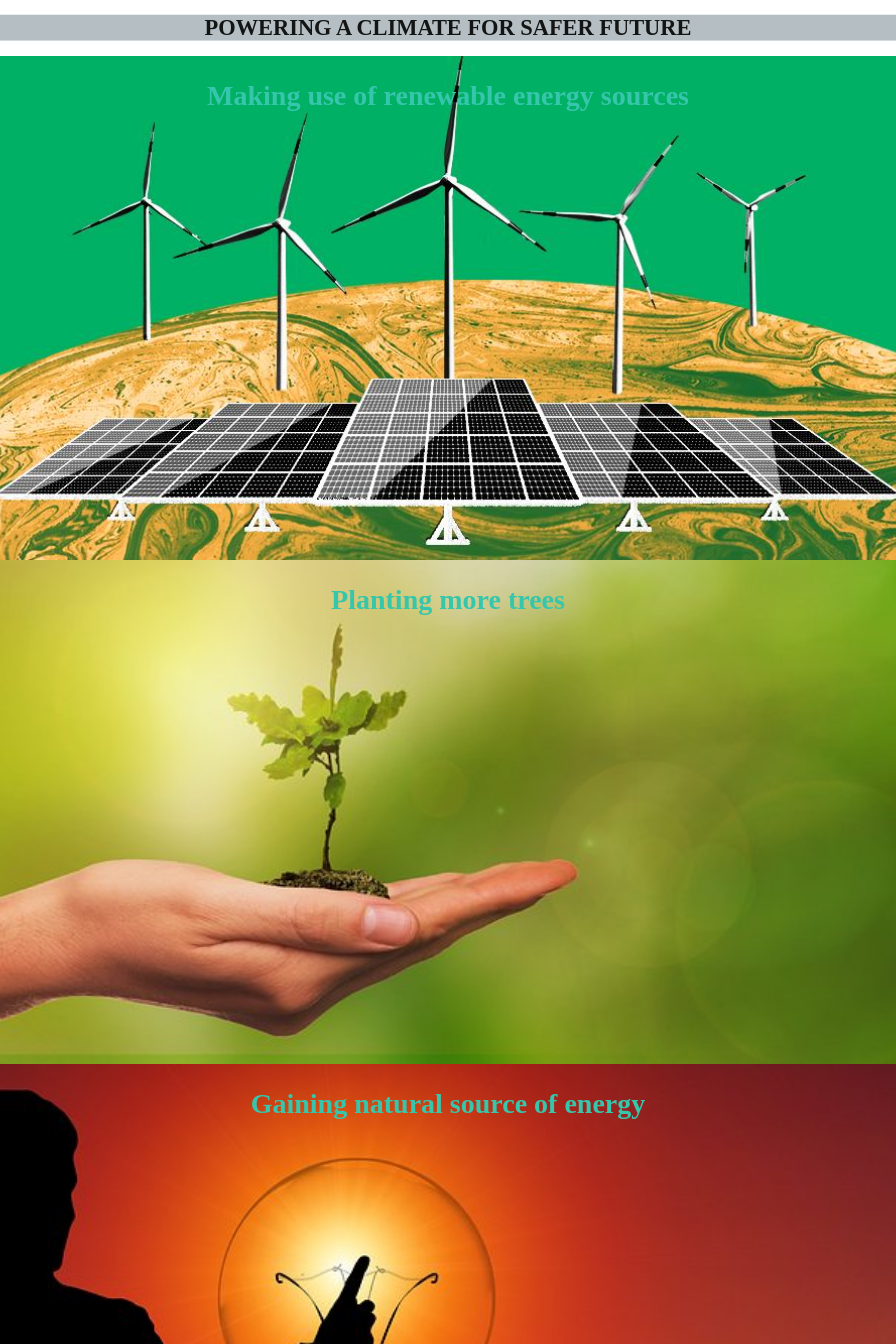
Repository: NavinDayanithi/static-web-design-competition
Page: index.html
The author's editor kept a copy of each file at every save. The page is drawn from the files as they stood at one save, then again after the next save.
The browser window is 1280 px wide. The pictures show the part of the page from y = 0 to 1920 px (the page is 4420 px tall), at 70% of full size.
Backgrounds fixed to the window are drawn as part of the page.

Above is the page before, as saved 2023-04-28 20:41:43.

### index.html
<!DOCTYPE html>
<html lang="en">
<head>
  <title>POWERING CLIMATE </title>
  <link rel="stylesheet" href="styles.css">
</head>
<body>
    <h1 >POWERING A CLIMATE FOR SAFER FUTURE</h1>
    <div class="box1">
        <h2>Making use of renewable energy sources</h2>
    </div>
    <div class="box2">
        <h2>Planting more trees</h2>
    </div>
    <div class="box3">
        <h2>Gaining natural source of energy</h2>
    </div>
    <div class="box4">
        <h2>Everyone is responsible</h2>
    </div>
    <div class="box5">
        <h2>Using Eco-friendly products</h2>
    </div>
    <div class="box6">
        <h2></h2>
    </div>
</body>
</html>

### styles.css

h1
{
    text-align:center;
    color:rgb(19, 20, 20);
    background-color: rgb(181, 191, 195);

}
h2{
    text-align: center;
    color: rgb(54, 198, 172);
    font-size:40px;
}

 body{
    margin: 0;
    padding: 0;
    /* background-color: blue; */
}
head{
    text-align: center;
}

.box1{
    height: 100vh;
    width:100%;
    background-image: url(img1.jpg);
    background-size: cover;
    background-position: center;
    display: table;
    background-attachment: fixed;
}

.box2{
    height: 100vh;
    width:100%;
    background-image: url(img2.jpg);
    background-size: cover;
    background-position: center;
    display: table;
    background-attachment: fixed;
}

.box3{
    height: 100vh;
    width:100%;
    background-image: url(img3.jpg);
    background-size:cover;
    display: table;
    background-attachment: fixed;

}


.box4{
    height: 100vh;
    width:100%;
    background-image: url(img4.jpg);
    background-size: cover;
    background-position: center;
    display: table;
    background-attachment: fixed;
}

.box5{
    height: 100vh;
    width:100%;
    background-image: url(img5.jpg);
    background-size: cover;
    /* background-position: center; */
    display: table;
    background-attachment: fixed;
}

.box6{
    height: 100vh;
    margin-top: 20px;
    width:100%;
    background-image: url(img6.jpg);
    background-size: cover;
   background-position: center;
    display: table;
    background-attachment: fixed;
}

After the next save:
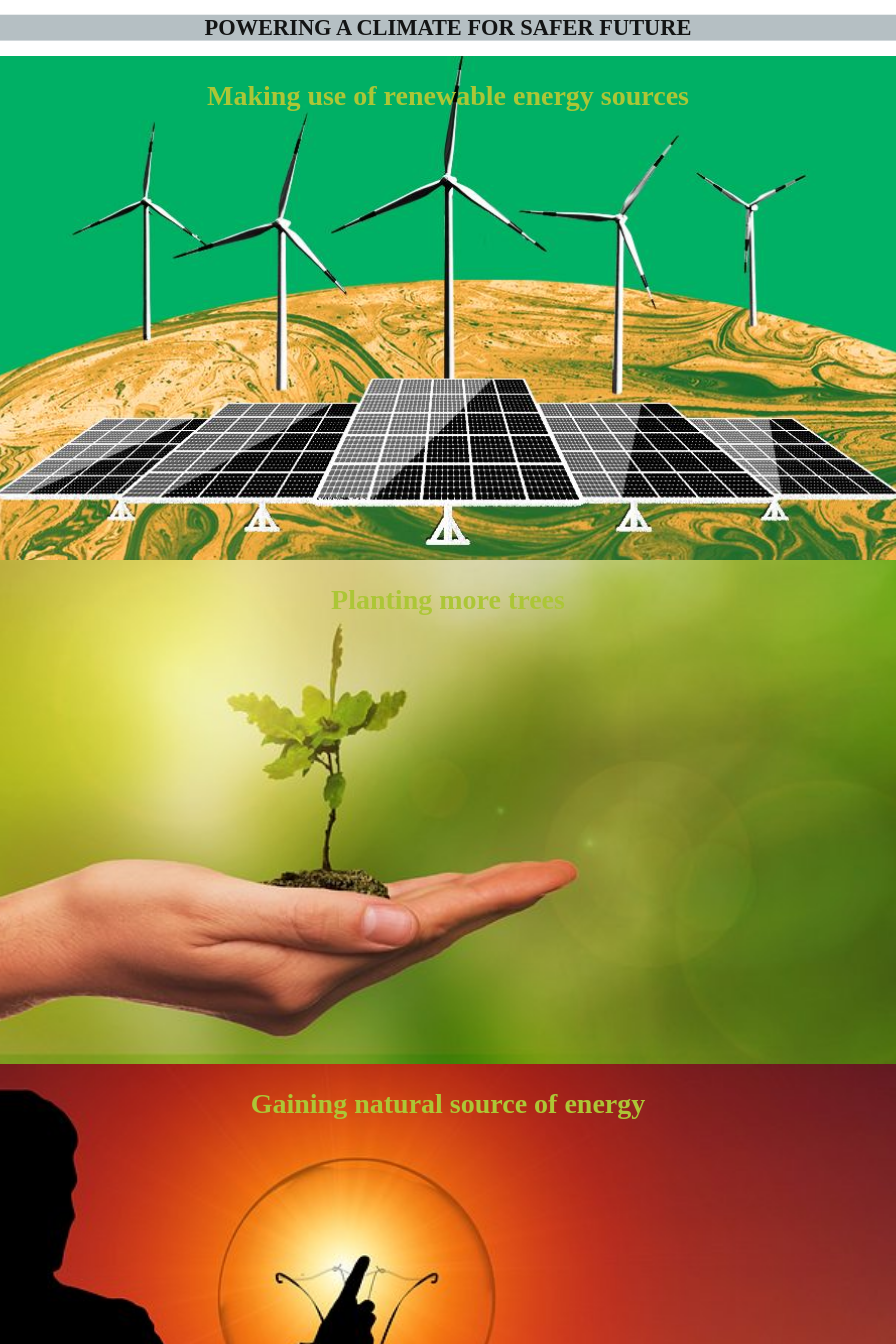
Saved 6 s later.
--- a/styles.css
+++ b/styles.css
@@ -8,7 +8,7 @@ h1
 }
 h2{
     text-align: center;
-    color: rgb(54, 198, 172);
+    color: rgb(172, 198, 54);
     font-size:40px;
 }
 
